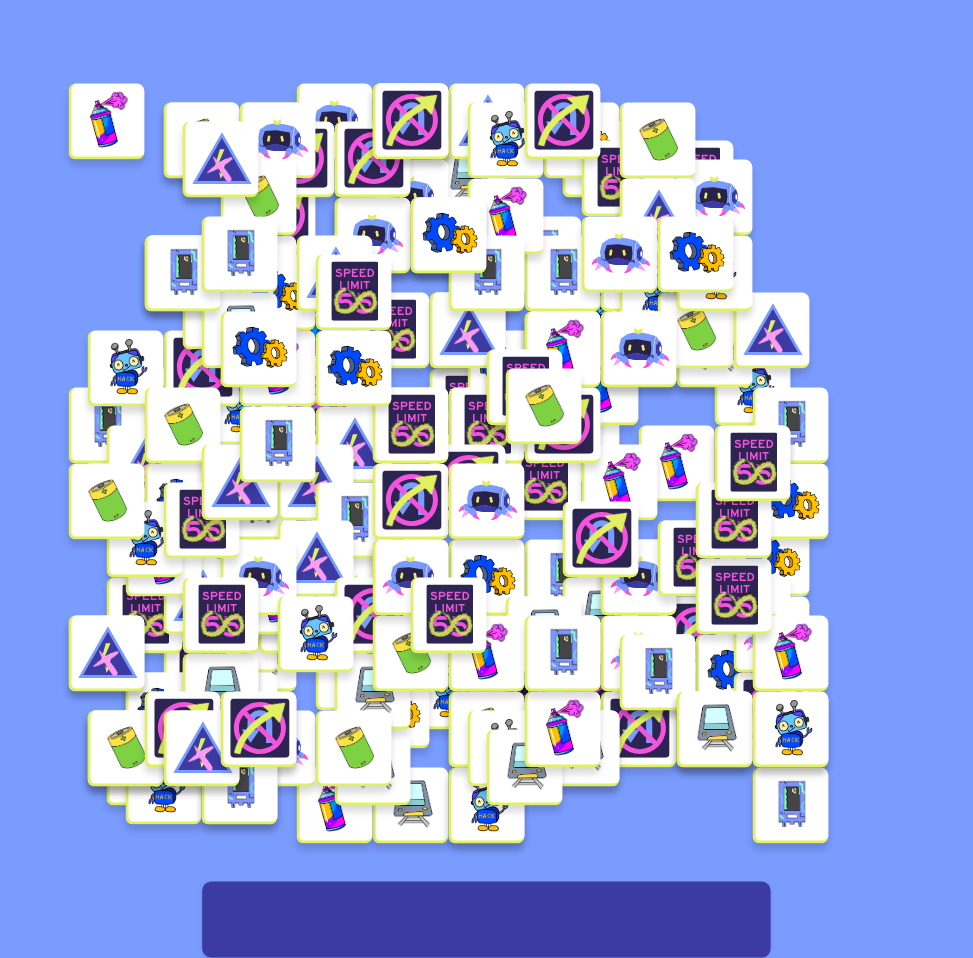
Repository: Avril-Cui/hack-puzzle
Page: / (app in client/)
The author's editor kept a copy of each file at every save. The page is drawn from the files as they stood at one save, then again after the next save.
The browser window is 1280 px wide. The pictures show the whole page, at 76% of full size.
The project was rebuilt for these pictures with package versions that can differ from the ones it lists, and the page was loaded fresh each time. The framework's server and built-in components were replaced by stand-ins that run in the browser. Also part of the build but not shown: client/next.config.ts.

Above is the page before, as saved 2025-06-11 19:58:02.

### client/app/page.tsx
import Game from "../components/Game";

export default function Home() {
  return (
    <div>
      <Game />
    </div>
  );
}

### client/app/globals.css
@import "tailwindcss";

:root {
  --background: #7A9CFF;
}

@theme inline {
  --color-background: var(--background);
  --color-foreground: var(--foreground);
  --font-sans: var(--font-geist-sans);
  --font-mono: var(--font-geist-mono);
}

@media (prefers-color-scheme: dark) {
  :root {
    --background: #7A9CFF;
  }
}

body {
  background: var(--background);
  color: var(--foreground);
  font-family: Arial, Helvetica, sans-serif;
}

### client/components/Game.tsx
"use client";
import React, { useEffect, useState } from "react";
import styles from "./Game.module.css";

interface Tile {
  id: string;
  x: number;
  y: number;
  z: number;
  status: number;
  isCover: boolean;
  iconName: string;
}

const CELL_SIZE = 100;
const ICONS = ["🍀", "🌈", "⚙️", "🐏", "🐯", "🐤", "📚", "🧠", "💻", "🐼"];

const PuzzleGame: React.FC = () => {
  const [tiles, setTiles] = useState<Tile[]>([]);
  const [queue, setQueue] = useState<Tile[]>([]);

  useEffect(() => {
    fetch("/scene.json")
      .then((res) => res.json())
      .then((data) => {
        setTiles(data);
      });
  }, []);

  const handleClick = (tile: Tile) => {
    if (tile.isCover || tile.status !== 0 || queue.length >= 7) return;
    setQueue((prev) => [...prev, tile]);
    setTiles((prev) =>
      prev.map((t) => (t.id === tile.id ? { ...t, status: 1 } : t))
    );
  };

  const getEmoji = (iconName: string): string => {
    const index = parseInt(iconName.replace("icon_", ""));
    return ICONS[index] || "❓";
  };

  const getIconPath = (iconName: string): string => {
    const extMap: Record<string, string> = {
      icons0: "svg",
      icons1: "png",
      icons2: "png",
      icons3: "png",
      icons4: "svg",
      icons5: "jpg",
      icons6: "jpg",
      icons7: "jpg",
      icons8: "svg",
      icons9: "svg",
    };
    const ext = extMap[iconName] || "png";
    return `/icons/${iconName}.${ext}`;
  };

  return (
    <div className={styles.gameContainer}>
      <div className={styles.tileBoard}>
        {tiles.map((tile) => (
          <div
            key={tile.id}
            className={`${styles.tile} ${tile.isCover ? styles.covered : ""}`}
            style={{
              left: tile.x,
              top: tile.y,
              zIndex: tile.z,
            }}
            onClick={() => handleClick(tile)}
          >
            <div
              className={styles.tileInner}
              style={{ opacity: tile.status < 2 ? 1 : 0 }}
            >
              <img
                src={getIconPath(tile.iconName)}
                alt={tile.iconName}
                className={styles.tileInner}
                style={{ opacity: tile.status < 2 ? 1 : 0 }}
              />
            </div>
          </div>
        ))}
      </div>

      <div className={styles.queueBar}>
        {queue.map((tile) => (
          <div key={tile.id} className={styles.queueTile}>
            <img
              src={getIconPath(tile.iconName)}
              alt={tile.iconName}
              className={styles.tileInner}
              style={{ opacity: tile.status < 2 ? 1 : 0 }}
            />
          </div>
        ))}

        {Array.from({ length: 7 - queue.length }).map((_, i) => (
          <div key={`placeholder-${i}`} className={styles.queueTile} />
        ))}
      </div>
    </div>
  );
};

export default PuzzleGame;

### client/components/Game.module.css
.gameContainer {
  display: flex;
  flex-direction: column;
  align-items: center;
  margin-top: 10em;
}

.tileBoard {
  position: relative;
  width: 1000px;
  height: 900px;
  background-color: transparent; /* remove green board background */
}

.tile {
  position: absolute;
  width: 100px;
  height: 100px;
  background: white;
  border-radius: 10px;
  font-size: 40px;
  border-left: 4px solid #e1f060;
  border-bottom: 4px solid #e1f060;
  display: flex;
  align-items: center;
  justify-content: center;
  transition: transform 0.2s ease, opacity 0.3s ease;
  box-shadow: 0 8px 10px rgba(0, 0, 0, 0.15);
  cursor: pointer;
}

.tileInner {
  width: 100%;
  height: 100%;
  display: flex;
  justify-content: center;
  align-items: center;
  overflow: hidden;
  padding: 5%; /* optional, for consistent inner margin */
}

.tileInner img {
  max-width: 100%;
  max-height: 100%;
  object-fit: contain;
  pointer-events: none;
}

.covered {
  background: #ccc;
  opacity: 0.4;
  pointer-events: none;
}

.queueBar {
  margin-top: 100px;
  display: flex;
  justify-content: center;
  gap: 12px;
  padding: 12px;
  background: #3c3aa3;
  border-radius: 10px;
  box-shadow: 0 2px 6px rgba(0, 0, 0, 0.1);
}

.queueBar {
  display: flex;
  justify-content: flex-start;
  gap: 8px;
  padding: 12px 16px;
  background-color: #3C3AA3;
  border-radius: 12px;
  width: calc((100px * 7) + (8px * 6)); /* = 748px */
  min-height: 100px; /* same as tile height */
}

Loaded but not shown: client/app/layout.tsx (common file); client/public/scene.json (2162 lines, source omitted)

After the next save:
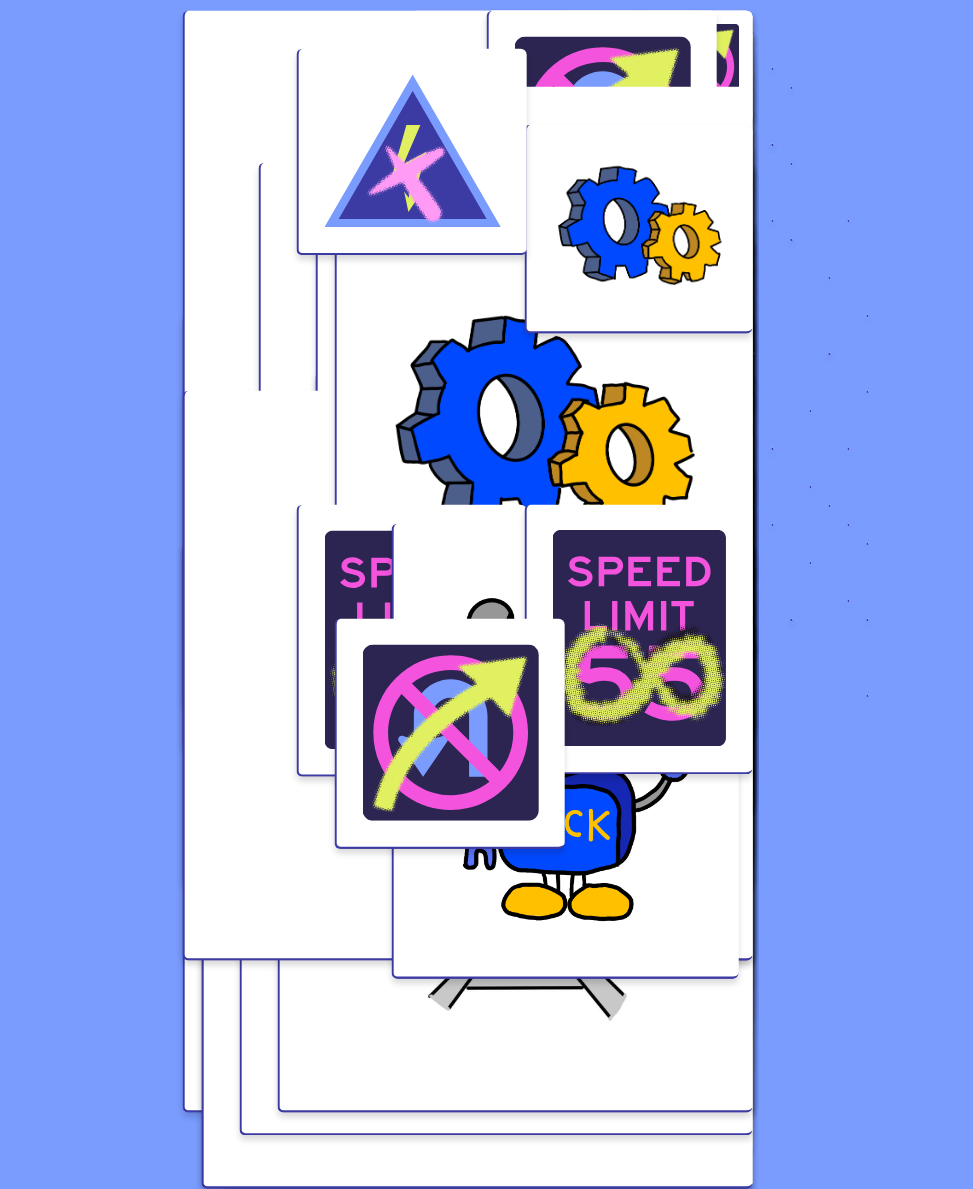
Saved 7 s later.
--- a/client/components/Game.module.css
+++ b/client/components/Game.module.css
@@ -1,75 +1,78 @@
 .gameContainer {
-  display: flex;
-  flex-direction: column;
-  align-items: center;
-  margin-top: 10em;
-}
+    display: flex;
+    flex-direction: column;
+    align-items: center;
+    margin-top: 4em;
+  }
 
-.tileBoard {
-  position: relative;
-  width: 1000px;
-  height: 900px;
-  background-color: transparent; /* remove green board background */
-}
+  .tileBoard {
+    position: relative;
+    width: 700px;
+    height: 600px;
+    background-color: transparent;
+  }
 
-.tile {
-  position: absolute;
-  width: 100px;
-  height: 100px;
-  background: white;
-  border-radius: 10px;
-  font-size: 40px;
-  border-left: 4px solid #e1f060;
-  border-bottom: 4px solid #e1f060;
-  display: flex;
-  align-items: center;
-  justify-content: center;
-  transition: transform 0.2s ease, opacity 0.3s ease;
-  box-shadow: 0 8px 10px rgba(0, 0, 0, 0.15);
-  cursor: pointer;
-}
+  .tile {
+    position: absolute;
+    background: white;
+    border-radius: 8px;
+    font-size: 28px;
+    border-left: 3px solid #3c3aa3;
+    border-bottom: 3px solid #3c3aa3;
+    display: flex;
+    align-items: center;
+    justify-content: center;
+    transition: transform 0.2s ease, opacity 0.3s ease;
+    box-shadow: 0 6px 8px rgba(0, 0, 0, 0.15);
+    cursor: pointer;
+  }
 
-.tileInner {
-  width: 100%;
-  height: 100%;
-  display: flex;
-  justify-content: center;
-  align-items: center;
-  overflow: hidden;
-  padding: 5%; /* optional, for consistent inner margin */
-}
+  .tileInner {
+    width: 100%;
+    height: 100%;
+    display: flex;
+    justify-content: center;
+    align-items: center;
+    overflow: hidden;
+    padding: 6%;
+  }
 
-.tileInner img {
-  max-width: 100%;
-  max-height: 100%;
-  object-fit: contain;
-  pointer-events: none;
-}
+  .tileInner img {
+    max-width: 100%;
+    max-height: 100%;
+    object-fit: contain;
+    pointer-events: none;
+  }
 
-.covered {
-  background: #ccc;
-  opacity: 0.4;
-  pointer-events: none;
-}
+  .covered {
+    background: #ccc;
+    opacity: 0.4;
+    pointer-events: none;
+  }
 
-.queueBar {
-  margin-top: 100px;
-  display: flex;
-  justify-content: center;
-  gap: 12px;
-  padding: 12px;
-  background: #3c3aa3;
-  border-radius: 10px;
-  box-shadow: 0 2px 6px rgba(0, 0, 0, 0.1);
-}
+  .queueBar {
+    margin-top: 24px;
+    display: flex;
+    justify-content: flex-start;
+    gap: 6px;
+    padding: 10px 12px;
+    background-color: #3c3aa3;
+    border-radius: 10px;
+    width: calc((70px * 7) + (6px * 6));
+    min-height: 70px;
+  }
 
-.queueBar {
-  display: flex;
-  justify-content: flex-start;
-  gap: 8px;
-  padding: 12px 16px;
-  background-color: #3C3AA3;
-  border-radius: 12px;
-  width: calc((100px * 7) + (8px * 6)); /* = 748px */
-  min-height: 100px; /* same as tile height */
-}
+  .queueTile {
+    width: 70px;
+    height: 70px;
+    background: white;
+    border-radius: 8px;
+    box-shadow: 0 2px 4px rgba(0, 0, 0, 0.1);
+  }
+
+  .queueTile img {
+    width: 100%;
+    height: 100%;
+    object-fit: contain;
+    padding: 6px;
+  }

After the save that followed:
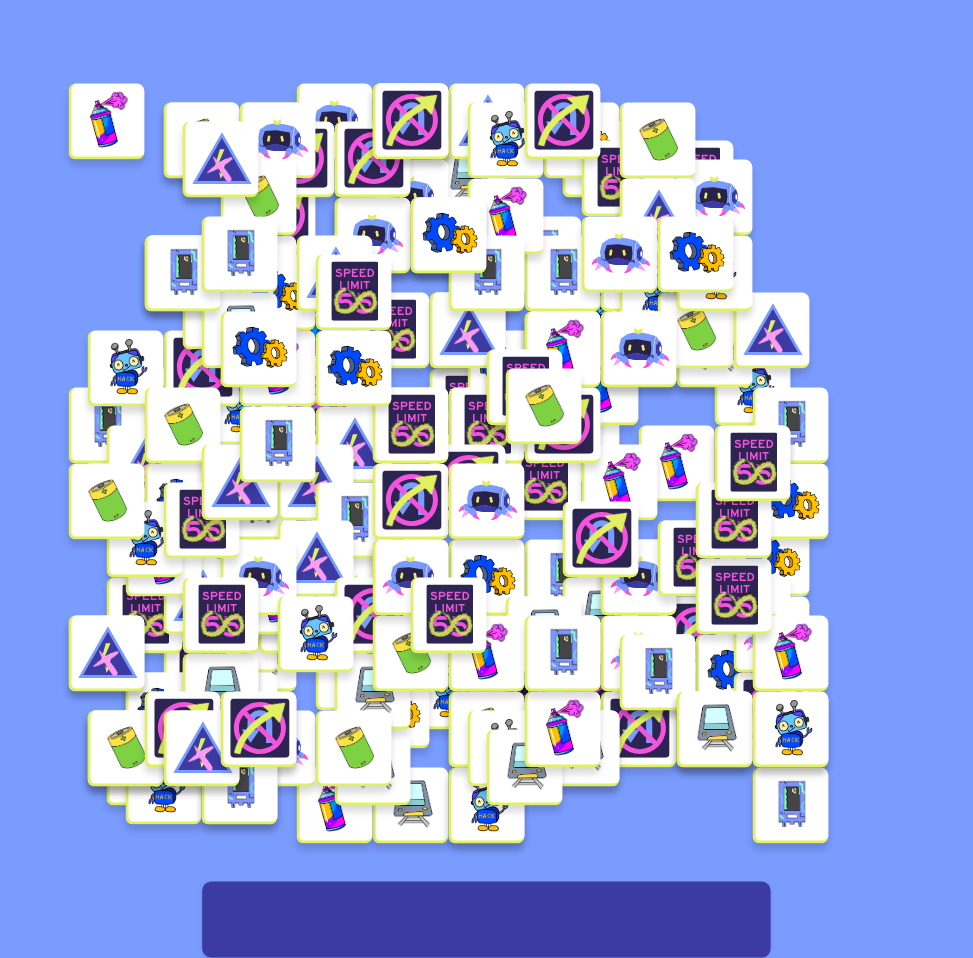
Saved 6 s later.
--- a/client/components/Game.module.css
+++ b/client/components/Game.module.css
@@ -1,78 +1,75 @@
 .gameContainer {
-    display: flex;
-    flex-direction: column;
-    align-items: center;
-    margin-top: 4em;
-  }
+  display: flex;
+  flex-direction: column;
+  align-items: center;
+  margin-top: 10em;
+}
 
-  .tileBoard {
-    position: relative;
-    width: 700px;
-    height: 600px;
-    background-color: transparent;
-  }
+.tileBoard {
+  position: relative;
+  width: 1000px;
+  height: 900px;
+  background-color: transparent; /* remove green board background */
+}
 
-  .tile {
-    position: absolute;
-    background: white;
-    border-radius: 8px;
-    font-size: 28px;
-    border-left: 3px solid #3c3aa3;
-    border-bottom: 3px solid #3c3aa3;
-    display: flex;
-    align-items: center;
-    justify-content: center;
-    transition: transform 0.2s ease, opacity 0.3s ease;
-    box-shadow: 0 6px 8px rgba(0, 0, 0, 0.15);
-    cursor: pointer;
-  }
+.tile {
+  position: absolute;
+  width: 100px;
+  height: 100px;
+  background: white;
+  border-radius: 10px;
+  font-size: 40px;
+  border-left: 4px solid #e1f060;
+  border-bottom: 4px solid #e1f060;
+  display: flex;
+  align-items: center;
+  justify-content: center;
+  transition: transform 0.2s ease, opacity 0.3s ease;
+  box-shadow: 0 8px 10px rgba(0, 0, 0, 0.15);
+  cursor: pointer;
+}
 
-  .tileInner {
-    width: 100%;
-    height: 100%;
-    display: flex;
-    justify-content: center;
-    align-items: center;
-    overflow: hidden;
-    padding: 6%;
-  }
+.tileInner {
+  width: 100%;
+  height: 100%;
+  display: flex;
+  justify-content: center;
+  align-items: center;
+  overflow: hidden;
+  padding: 5%; /* optional, for consistent inner margin */
+}
 
-  .tileInner img {
-    max-width: 100%;
-    max-height: 100%;
-    object-fit: contain;
-    pointer-events: none;
-  }
+.tileInner img {
+  max-width: 100%;
+  max-height: 100%;
+  object-fit: contain;
+  pointer-events: none;
+}
 
-  .covered {
-    background: #ccc;
-    opacity: 0.4;
-    pointer-events: none;
-  }
+.covered {
+  background: #ccc;
+  opacity: 0.4;
+  pointer-events: none;
+}
 
-  .queueBar {
-    margin-top: 24px;
-    display: flex;
-    justify-content: flex-start;
-    gap: 6px;
-    padding: 10px 12px;
-    background-color: #3c3aa3;
-    border-radius: 10px;
-    width: calc((70px * 7) + (6px * 6));
-    min-height: 70px;
-  }
+.queueBar {
+  margin-top: 100px;
+  display: flex;
+  justify-content: center;
+  gap: 12px;
+  padding: 12px;
+  background: #3c3aa3;
+  border-radius: 10px;
+  box-shadow: 0 2px 6px rgba(0, 0, 0, 0.1);
+}
 
-  .queueTile {
-    width: 70px;
-    height: 70px;
-    background: white;
-    border-radius: 8px;
-    box-shadow: 0 2px 4px rgba(0, 0, 0, 0.1);
-  }
-
-  .queueTile img {
-    width: 100%;
-    height: 100%;
-    object-fit: contain;
-    padding: 6px;
-  }
+.queueBar {
+  display: flex;
+  justify-content: flex-start;
+  gap: 8px;
+  padding: 12px 16px;
+  background-color: #3c3aa3;
+  border-radius: 12px;
+  width: calc((100px * 7) + (8px * 6)); /* = 748px */
+  min-height: 100px; /* same as tile height */
+}
